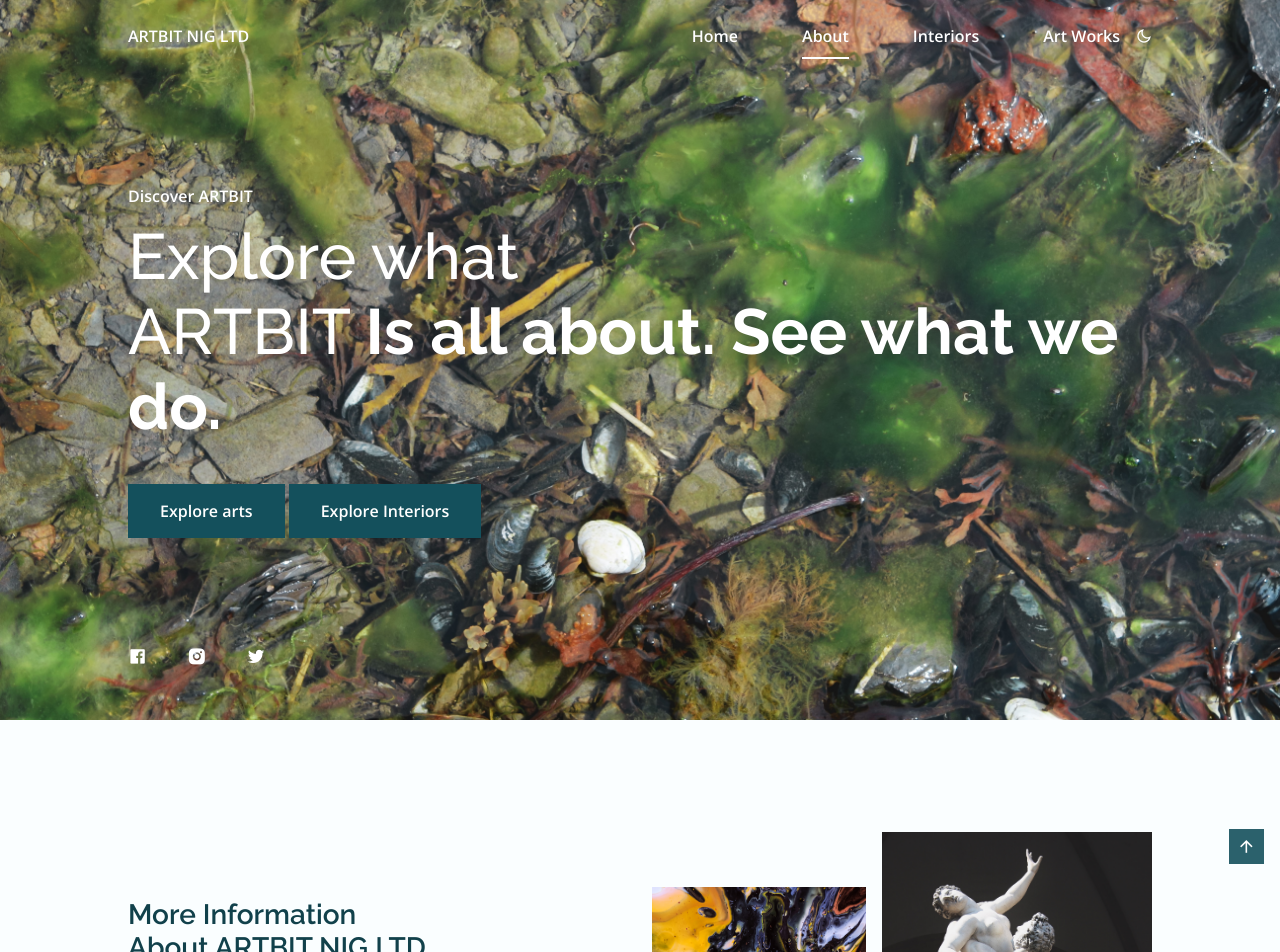
Repository: uche-hub/ARTBIT-WEB
Page: about.html
An editor plug-in stored every save of this project. The page is shown before and after the next save, followed by the edit.
The browser window is 1280 px wide. The pictures show the part of the page from y = 0 to 952 px (the page is 2573 px tall).
A picture or video elsewhere on the page could not be fetched, so the positions and the page height are approximate.

Above is the page before, as saved 2021-10-16 09:33:27.
Console error: TypeError: Cannot read properties of null (reading 'classList')

### about.html
<!DOCTYPE html>
<html lang="en">

<head>
    <meta charset="UTF-8">
    <meta name="viewport" content="width=device-width, initial-scale=1.0">

    <link rel="shortcut icon" href="assets/img/favicon.png" type="image/png">

    <!--=============== REMIXICONS ===============-->
    <link href="https://cdn.jsdelivr.net/npm/remixicon@2.5.0/fonts/remixicon.css" rel="stylesheet">

    <!--=============== SWIPER CSS ===============-->
    <link rel="stylesheet" href="assets/css/swiper-bundle.min.css">

    <!--=============== CSS ===============-->
    <link rel="stylesheet" href="assets/css/styles.css">

    <title>ARTBIT NIG LTD</title>
</head>

<body>
    <header class="header" id="header">
        <nav class="nav container">
            <a href="#" class="nav__logo">ARTBIT NIG LTD</a>

            <div class="nav__menu" id="nav-menu">
                <ul class="nav__list">
                    <li class="nav__item">
                        <a href="index.html" class="nav__link">Home</a>
                    </li>
                    <li class="nav__item">
                        <a href="about.html" class="nav__link active-link">About</a>
                    </li>
                    <li class="nav__item">
                        <a href="#interiors" class="nav__link">Interiors</a>
                    </li>
                    <li class="nav__item">
                        <a href="art.html" class="nav__link">Art Works</a>
                    </li>
                </ul>

                <div class="nav__dark">
                    <!-- Theme change button -->
                    <span class="change-theme-name">Dark mode</span>
                    <i class="ri-moon-line change-theme" id="theme-button"></i>
                </div>

                <i class="ri-close-line nav__close" id="nav-close"></i>
            </div>

            <div class="nav__toggle" id="nav-toggle">
                <i class="ri-function-line"></i>
            </div>
        </nav>
    </header>

    <main class="main">
        <!--==================== HOME ====================-->
        <section class="home" id="home">
            <img src="assets/img/about.jpg" alt="" class="home__img">

            <div class="home__container container grid">
                <div class="home__data">
                    <span class="home__data-subtitle">Discover ARTBIT</span>
                    <h1 class="home__data-title">Explore what <br>ARTBIT <b>Is all about. See what we do.</b></h1>
                    <a href="art.html" class="button">Explore arts</a>
                    <a href="interiors.html" class="button">Explore Interiors</a>
                </div>

                <div class="home__social">
                    <a href="https://www.facebook.com/" target="_blank" class="home__social-link">
                        <i class="ri-facebook-box-fill"></i>
                    </a>
                    <a href="https://www.instagram.com/" target="_blank" class="home__social-link">
                        <i class="ri-instagram-fill"></i>
                    </a>
                    <a href="https://twitter.com/" target="_blank" class="home__social-link">
                        <i class="ri-twitter-fill"></i>
                    </a>
                </div>
        </section>

        <!--==================== ABOUT ====================-->
        <section class="about section" id="about">
            <div class="about__container container grid">
                <div class="about__data">
                    <h2 class="section__title about__title">More Information <br> About ARTBIT NIG LTD</h2>
                    <p class="about__description">You can find the most beautiful and pleasant art works and interiors
                        prices with special discounts. We do art like painting, sculptures, metal construction. You can
                        choose the best art
                        that suit your home, interiors that best
                        suit your home. Get started with us.
                    </p>
                    <a href="#" class="button">Get your art</a>
                </div>

                <div class="about__img">
                    <div class="about__img-overlay">
                        <img src="assets/img/about1.jpg" alt="" class="about__img-one">
                    </div>

                    <div class="about__img-overlay">
                        <img src="assets/img/about2.jpg" alt="" class="about__img-two">
                    </div>
                </div>
            </div>
        </section>

        <!--==================== EXPERIENCE ====================-->
        <section class="experience section">
            <h2 class="section__title">With Our Experience <br> We Will Serve You</h2>

            <div class="experience__container container grid">
                <div class="experience__content grid">
                    <div class="experience__data">
                        <h2 class="experience__number">20</h2>
                        <span class="experience__description">Year <br> Experience</span>
                    </div>

                    <div class="experience__data">
                        <h2 class="experience__number">75</h2>
                        <span class="experience__description">Complete <br> tours</span>
                    </div>

                    <div class="experience__data">
                        <h2 class="experience__number">650+</h2>
                        <span class="experience__description">Tourist <br> Destination</span>
                    </div>
                </div>

                <div class="experience__img grid">
                    <div class="experience__overlay">
                        <img src="assets/img/home2.jpg" alt="" class="experience__img-one">
                    </div>

                    <div class="experience__overlay">
                        <img src="assets/img/interiors2.jpg" alt="" class="experience__img-two">
                    </div>
                </div>
            </div>
        </section>


        <!--==================== FOOTER ====================-->
        <footer class="footer section">
            <div class="footer__container container grid">
                <div class="footer__content grid">
                    <div class="footer__data">
                        <h3 class="footer__title">ARTBIT NIG LTD</h3>
                        <p class="footer__description">You can find the most beautiful and pleasant art works and
                            interiors
                            prices with special discounts. We do art like painting, sculptures, metal construction. You
                            can choose the best art
                            that suit your home, <br> interiors that best
                            suit your home.
                        </p>
                        <div>
                            <a href="https://www.facebook.com/" target="_blank" class="footer__social">
                                <i class="ri-facebook-box-fill"></i>
                            </a>
                            <a href="https://twitter.com/" target="_blank" class="footer__social">
                                <i class="ri-twitter-fill"></i>
                            </a>
                            <a href="https://www.instagram.com/" target="_blank" class="footer__social">
                                <i class="ri-instagram-fill"></i>
                            </a>
                        </div>
                    </div>

                    <div class="footer__data">
                        <h3 class="footer__subtitle">About</h3>
                        <ul>
                            <li class="footer__item">
                                <a href="#about" class="footer__link">About Us</a>
                            </li>
                            <li class="footer__item">
                                <a href="#art" class="footer__link">Art Works</a>
                            </li>
                            <li class="footer__item">
                                <a href="#interiors" class="footer__link">Interiors</a>
                            </li>
                        </ul>
                    </div>

                    <div class="footer__data">
                        <h3 class="footer__subtitle">Full Links</h3>
                        <ul>
                            <li class="footer__item">
                                <a href="art.html" class="footer__link">See all art works</a>
                            </li>
                            <li class="footer__item">
                                <a href="" class="footer__link">See all interior decoration</a>
                            </li>
                        </ul>
                    </div>

                    <div class="footer__data">
                        <h3 class="footer__subtitle">Support</h3>
                        <ul>
                            <li class="footer__item">
                                <a href="" class="footer__link">Contact Us</a>
                            </li>
                        </ul>
                    </div>
                </div>

                <div class="footer__rights">
                    <p class="footer__copy">&#169; 2021 ARTBIT NIG LTD. All rigths reserved.</p>
                </div>
            </div>
        </footer>

        <!--========== SCROLL UP ==========-->
        <a href="#" class="scrollup" id="scroll-up">
            <i class="ri-arrow-up-line scrollup__icon"></i>
        </a>

        <!--=============== SCROLL REVEAL===============-->
        <script src="assets/js/scrollreveal.min.js"></script>

        <!--=============== SWIPER JS ===============-->
        <script src="assets/js/swiper-bundle.min.js"></script>

        <!--=============== MAIN JS ===============-->
        <script src="assets/js/main.js"></script>
</body>

</html>

Loaded but not shown: assets/css/swiper-bundle.min.css (library); assets/js/scrollreveal.min.js (library); assets/js/swiper-bundle.min.js (library); assets/js/main.js (154 lines, source omitted); assets/css/styles.css (1201 lines, source omitted)

After the next save:
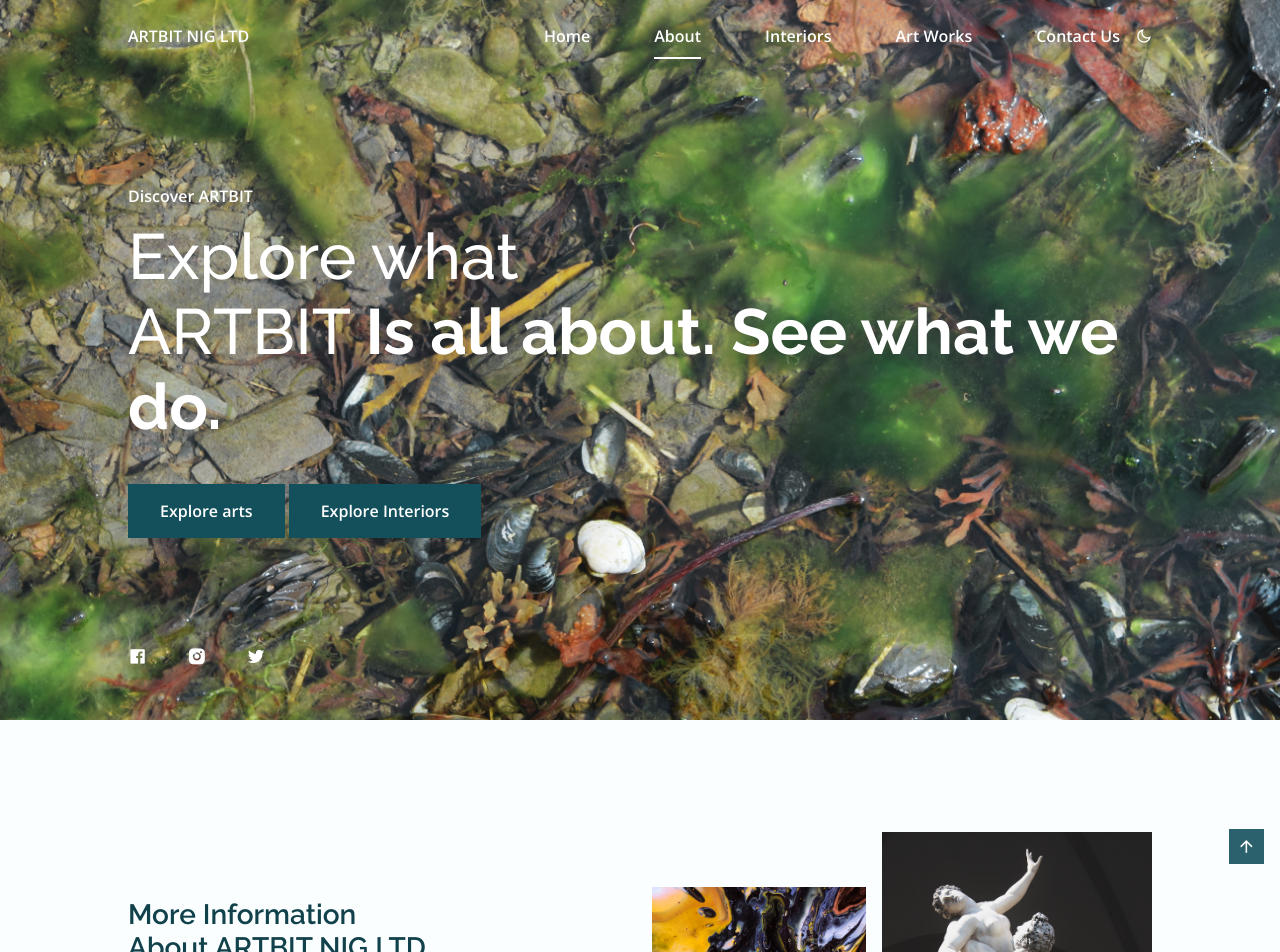
Saved 62 s later.
--- a/about.html
+++ b/about.html
@@ -22,7 +22,7 @@
 <body>
     <header class="header" id="header">
         <nav class="nav container">
-            <a href="#" class="nav__logo">ARTBIT NIG LTD</a>
+            <a href="index.html" class="nav__logo">ARTBIT NIG LTD</a>
 
             <div class="nav__menu" id="nav-menu">
                 <ul class="nav__list">
@@ -33,10 +33,13 @@
                         <a href="about.html" class="nav__link active-link">About</a>
                     </li>
                     <li class="nav__item">
-                        <a href="#interiors" class="nav__link">Interiors</a>
+                        <a href="interiors.html" class="nav__link">Interiors</a>
                     </li>
                     <li class="nav__item">
                         <a href="art.html" class="nav__link">Art Works</a>
+                    </li>
+                    <li class="nav__item">
+                        <a href="contact.html" class="nav__link">Contact Us</a>
                     </li>
                 </ul>
 
